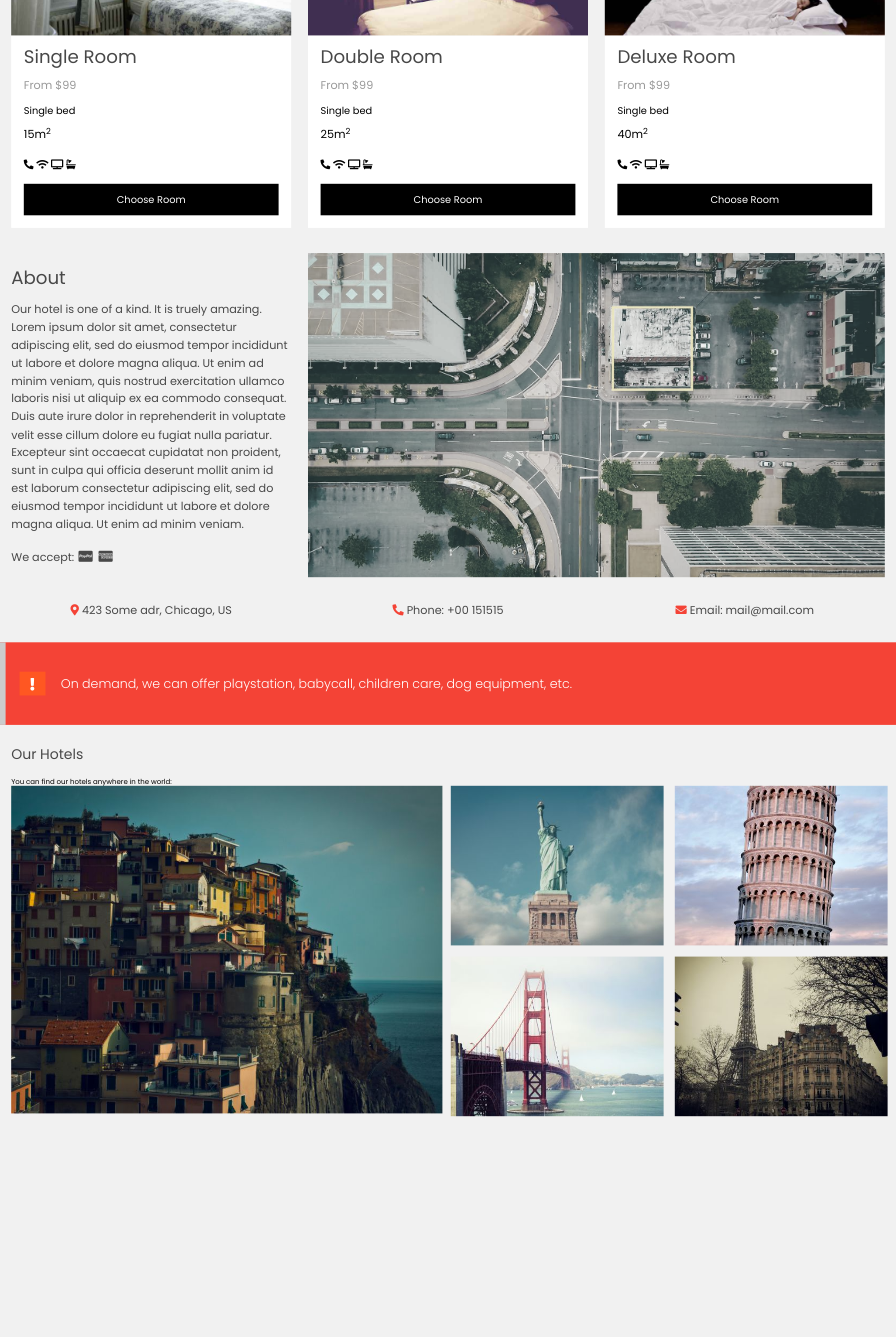
Repository: phamhuuloc/Travel_Template
Page: index.html
An editor plug-in stored every save of this project. The page is shown before and after the next save, followed by the edit.
The browser window is 1280 px wide. The pictures show the part of the page from y = 1192 to 3112 px (the page is 3102 px tall before and 3112 px after), at 70% of full size.
The style sheet was rebuilt from its Sass, Less or Tailwind sources for each picture, by a compiler version that may differ from the author's.

Above is the page before, as saved 2021-09-18 11:55:59.

### index.html
<!DOCTYPE html>
<html lang="en">
  <head>
    <meta charset="UTF-8" />
    <meta http-equiv="X-UA-Compatible" content="IE=edge" />
    <meta name="viewport" content="width=device-width, initial-scale=1.0" />
    <title>Document</title>
    <!-- FONT AWESOME -->
    <link
      rel="stylesheet"
      href="https://cdnjs.cloudflare.com/ajax/libs/font-awesome/5.15.4/css/all.min.css"
      integrity="sha512-1ycn6IcaQQ40/MKBW2W4Rhis/DbILU74C1vSrLJxCq57o941Ym01SwNsOMqvEBFlcgUa6xLiPY/NS5R+E6ztJQ=="
      crossorigin="anonymous"
      referrerpolicy="no-referrer"
    />
    <!-- GOOGLE FONT -->
    <link
      href="https://fonts.googleapis.com/css2?family=Poppins:wght@50;300;400&display=swap"
      rel="stylesheet"
    />
    <!-- CSS -->
    <link rel="stylesheet" href="./assets/resets.css" />
    <link rel="stylesheet" href="./assets/grid.css" />
    <link rel="stylesheet" href="./assets/main.css" />
  </head>
  <body>
    <div class="grids">
      <header class="header">
        <div class="logo">
          <i class="fas fa-bed logo__icon"></i>
          Logo
        </div>
        <div class="header__menu">
          <ul class="header__menu-list">
            <li class="header__menu-item">Rooms</li>
            <li class="header__menu-item">About</li>
            <li class="header__menu-item">Contact</li>
          </ul>
          <button class="btn book-btn">Book Nows</button>
        </div>
      </header>
      <section class="intro">
        <img src="./assets/img/hotel.jpg" alt="" class="intro__img" />
        <form class="form-login">
          <div class="form-login__heading">
            <i class="fas fa-bed logo__icon intro-icon"></i>
            <h2 class="form-login__name">Hotel name</h2>
          </div>
          <div class="form-container">
            <div class="row">
              <div class="form__item col l-6">
                <label class="form__item-category">
                  <i class="far fa-calendar form__item-icon"></i>
                  Check Ins
                </label>
                <input
                  type="text"
                  class="form__item-input"
                  placeholder="DD MM YY"
                />
              </div>
              <div class="form__item col l-6">
                <label class="form__item-category">
                  <i class="far fa-calendar form__item-icon"></i>
                  Check Out
                </label>
                <input
                  type="text"
                  class="form__item-input"
                  placeholder="DD MM YY"
                />
              </div>
            </div>
            <div class="row">
              <div class="form__item col l-6">
                <label class="form__item-category">
                  <i class="fas fa-male form__item-icon"></i>
                  Adults
                </label>
                <input
                  type="number"
                  value="1"
                  min="1"
                  max="6"
                  class="form__item-input"
                />
              </div>
              <div class="form__item col l-6">
                <label class="form__item-category">
                  <i class="fas fa-child form__item-icon"></i>
                  Kids
                </label>
                <input
                  type="number"
                  value="0"
                  min="0"
                  max="6"
                  class="form__item-input"
                />
              </div>
            </div>
            <button class="search-btn">
              <i class="fas fa-search search-icon"></i>Search availability
            </button>
          </div>
        </form>
      </section>

      <section class="option-room">
        <div class="option-container">
          <h3 class="option-container__title">Rooms</h3>
          <span class="option-container__desc"
            >Make yourself at home is our slogan. We offer the best beds in the
            industry. Sleep well and rest well.</span
          >
          <!-- FORM LOGIN  -->
          <div class="form-container option-container__form">
            <div class="row">
              <div class="form__item col l-3">
                <label class="form__item-category">
                  <i class="far fa-calendar form__item-icon"></i>
                  Check Ins
                </label>
                <input
                  type="text"
                  class="form__item-input"
                  placeholder="DD MM YY"
                />
              </div>
              <div class="form__item col l-3">
                <label class="form__item-category">
                  <i class="far fa-calendar form__item-icon"></i>
                  Check Out
                </label>
                <input
                  type="text"
                  class="form__item-input"
                  placeholder="DD MM YY"
                />
              </div>
              <div class="form__item col l-2">
                <label class="form__item-category">
                  <i class="fas fa-male form__item-icon"></i>
                  Adults
                </label>
                <input
                  type="number"
                  value="1"
                  min="1"
                  max="6"
                  class="form__item-input"
                />
              </div>
              <div class="form__item col l-2">
                <label class="form__item-category">
                  <i class="fas fa-child form__item-icon"></i>
                  Kids
                </label>
                <input
                  type="number"
                  value="0"
                  min="0"
                  max="6"
                  class="form__item-input"
                />
              </div>
              <!-- BUTTON F0RM LOGIN -->
              <div class="form__item col l-2">
                <label class="form__item-category">
                  <i class="fas fa-search"></i> Search</label
                >
                <button class="search-btn search-btn--full">Search</button>
              </div>
            </div>
          </div>
          <div class="category-room">
            <ul class="category-room__list row">
              <li class="category-room__item col l-4">
                <img
                  src="./assets/img/room_single.jpg"
                  alt=""
                  class="category-room__img"
                />
                <div class="category-room__details">
                  <h3 class="category-room__title">Single Room</h3>
                  <span class="category-room__price">From $99</span>
                  <span class="category-room__charac">Single bed</span>
                  <span class="category-room__area">15m<sup>2</sup></span>
                  <span class="category-room__function">
                    <i class="fas fa-phone-alt"></i>
                    <i class="fas fa-wifi"></i>
                    <i class="fas fa-tv"></i>
                    <i class="fas fa-bath"></i>
                  </span>
                  <button class="btn btn-choose">Choose Room</button>
                </div>
              </li>
              <li class="category-room__item col l-4">
                <img
                  src="./assets/img/room_double.jpg"
                  alt=""
                  class="category-room__img"
                />
                <div class="category-room__details">
                  <h3 class="category-room__title">Double Room</h3>
                  <span class="category-room__price">From $99</span>
                  <span class="category-room__charac">Single bed</span>
                  <span class="category-room__area">25m<sup>2</sup></span>
                  <span class="category-room__function">
                    <i class="fas fa-phone-alt"></i>
                    <i class="fas fa-wifi"></i>
                    <i class="fas fa-tv"></i>
                    <i class="fas fa-bath"></i>
                  </span>
                  <button class="btn btn-choose">Choose Room</button>
                </div>
              </li>
              <li class="category-room__item col l-4">
                <img
                  src="./assets/img/room_deluxe.jpg"
                  alt=""
                  class="category-room__img"
                />
                <div class="category-room__details">
                  <h3 class="category-room__title">Deluxe Room</h3>
                  <span class="category-room__price">From $99</span>
                  <span class="category-room__charac">Single bed</span>
                  <span class="category-room__area">40m<sup>2</sup></span>
                  <span class="category-room__function">
                    <i class="fas fa-phone-alt"></i>
                    <i class="fas fa-wifi"></i>
                    <i class="fas fa-tv"></i>
                    <i class="fas fa-bath"></i>
                  </span>
                  <button class="btn btn-choose">Choose Room</button>
                </div>
              </li>
            </ul>
          </div>
        </div>
      </section>
      <section class="local">
        <div class="row">
          <div class="local__container col l-4">
            <h4 class="local__title">About</h4>
            <p class="local__detail">
              Our hotel is one of a kind. It is truely amazing. Lorem ipsum
              dolor sit amet, consectetur adipiscing elit, sed do eiusmod tempor
              incididunt ut labore et dolore magna aliqua. Ut enim ad minim
              veniam, quis nostrud exercitation ullamco laboris nisi ut aliquip
              ex ea commodo consequat. Duis aute irure dolor in reprehenderit in
              voluptate velit esse cillum dolore eu fugiat nulla pariatur.
              Excepteur sint occaecat cupidatat non proident, sunt in culpa qui
              officia deserunt mollit anim id est laborum consectetur adipiscing
              elit, sed do eiusmod tempor incididunt ut labore et dolore magna
              aliqua. Ut enim ad minim veniam.
            </p>
            <p class="local__payment-methods">
              We accept:
              <i class="fab fa-cc-paypal local__payment-icon"></i>
              <i class="fab fa-cc-amex local__payment-icon"></i>
            </p>
          </div>
          <img src="./assets/img/map.jpg" alt="" class="col l-8 local__img" />
        </div>
        <div class="local__contact row">
          <div class="local__contact-item col l-4">
            <i class="fas fa-map-marker-alt local__contact-icon"></i>
            423 Some adr, Chicago, US
          </div>
          <div class="local__contact-item col l-4">
            <i class="fas fa-phone-alt local__contact-icon"></i>
            Phone: +00 151515
          </div>
          <div class="local__contact-item col l-4">
            <i class="fas fa-envelope local__contact-icon"></i>
            Email: mail@mail.com
          </div>
        </div>
      </section>
      <div class="demand">
        <i class="fas fa-exclamation demand__icon"></i>
        <p class="demand__desc">
          On demand, we can offer playstation, babycall, children care, dog
          equipment, etc.
        </p>
      </div>
      <section class="our-hotels">
        <h3 class="our-hotels__title">Our Hotels</h3>
        <div class="our-hotel__desc">
          You can find our hotels anywhere in the world:
        </div>
        <div class="row sm-gutter">
          <div class="col l-6">
            <img
              src="./assets/img/cinqueterre.jpg"
              alt=""
              class="our-hotel__img"
            />
          </div>
          <div class="col l-6">
            <div class="our-hotel__extend">
              <div class="row our-hotels__extend-item">
                <img src="./assets/img/newyork2.jpg" alt="" class="col l-6" />
                <img src="./assets/img/pisa.jpg" alt="" class="col l-6" />
              </div>
              <div class="row our-hotels__extend-item">
                <img src="./assets/img/sanfran.jpg" alt="" class="col l-6" />
                <img src="./assets/img/paris.jpg" alt="" class="col l-6" />
              </div>
            </div>
          </div>
        </div>
      </section>
    </div>
  </body>
</html>

### assets/grid.css
.grid {
  width: 100%;
  padding: 0;
}
.grid.wide {
  max-width: 1200px;

  margin: 0 auto;
}
.row {
  display: flex;
  flex-wrap: wrap;
  margin-left: -4px;
  margin-right: -4px;
}
.row.no-gutters {
  margin-left: 0;
  margin-right: 0;
}
.col {
  padding-left: 4px;
  padding-right: 4px;
}
.row.no-gutters .col {
  margin-left: 0;
  margin-right: 0;
}

.c-0 {
  display: none;
}

.c-1 {
  flex: 0 0 8.33333%;
  max-width: 8.33333%;
}

.c-2 {
  flex: 0 0 16.66667%;
  max-width: 16.66667%;
}

.c-3 {
  flex: 0 0 25%;
  max-width: 25%;
}

.c-4 {
  flex: 0 0 33.33333%;
  max-width: 33.33333%;
}

.c-5 {
  flex: 0 0 41.66667%;
  max-width: 41.66667%;
}

.c-6 {
  flex: 0 0 50%;
  max-width: 50%;
}

.c-7 {
  flex: 0 0 58.33333%;
  max-width: 58.33333%;
}

.c-8 {
  flex: 0 0 66.66667%;
  max-width: 66.66667%;
}

.c-9 {
  flex: 0 0 75%;
  max-width: 75%;
}

.c-10 {
  flex: 0 0 83.33333%;
  max-width: 83.33333%;
}

.c-11 {
  flex: 0 0 91.66667%;
  max-width: 91.66667%;
}

.c-12 {
  flex: 0 0 100%;
  max-width: 100%;
}

.c-o-1 {
  margin-left: 8.33333%;
}

.c-o-2 {
  margin-left: 16.66667%;
}

.c-o-3 {
  margin-left: 25%;
}

.c-o-4 {
  margin-left: 33.33333%;
}

.c-o-5 {
  margin-left: 41.66667%;
}

.c-o-6 {
  margin-left: 50%;
}

.c-o-7 {
  margin-left: 58.33333%;
}

.c-o-8 {
  margin-left: 66.66667%;
}

.c-o-9 {
  margin-left: 75%;
}

.c-o-10 {
  margin-left: 83.33333%;
}

.c-o-11 {
  margin-left: 91.66667%;
}
/* TABLET */
@media (min-width: 740px) {
  .row {
    margin-left: -8px;
    margin-right: -8px;
  }
  .col {
    padding-right: 8px;
    padding-left: 8px;
  }
  .m-0 {
    display: none;
  }
  .m-1,
  .m-2,
  .m-3,
  .m-4,
  .m-5,
  .m-6,
  .m-7,
  .m-8,
  .m-9,
  .m-10,
  .m-11,
  .m-12 {
    display: block;
  }

  .m-1 {
    flex: 0 0 8.33333%;
    max-width: 8.33333%;
  }

  .m-2 {
    flex: 0 0 16.66667%;
    max-width: 16.66667%;
  }

  .m-3 {
    flex: 0 0 25%;
    max-width: 25%;
  }

  .m-4 {
    flex: 0 0 33.33333%;
    max-width: 33.33333%;
  }

  .m-5 {
    flex: 0 0 41.66667%;
    max-width: 41.66667%;
  }

  .m-6 {
    flex: 0 0 50%;
    max-width: 50%;
  }

  .m-7 {
    flex: 0 0 58.33333%;
    max-width: 58.33333%;
  }

  .m-8 {
    flex: 0 0 66.66667%;
    max-width: 66.66667%;
  }

  .m-9 {
    flex: 0 0 75%;
    max-width: 75%;
  }

  .m-10 {
    flex: 0 0 83.33333%;
    max-width: 83.33333%;
  }

  .m-11 {
    flex: 0 0 91.66667%;
    max-width: 91.66667%;
  }

  .m-12 {
    flex: 0 0 100%;
    max-width: 100%;
  }

  .m-o-1 {
    margin-left: 8.33333%;
  }

  .m-o-2 {
    margin-left: 16.66667%;
  }

  .m-o-3 {
    margin-left: 25%;
  }

  .m-o-4 {
    margin-left: 33.33333%;
  }

  .m-o-5 {
    margin-left: 41.66667%;
  }

  .m-o-6 {
    margin-left: 50%;
  }

  .m-o-7 {
    margin-left: 58.33333%;
  }

  .m-o-8 {
    margin-left: 66.66667%;
  }

  .m-o-9 {
    margin-left: 75%;
  }

  .m-o-10 {
    margin-left: 83.33333%;
  }

  .m-o-11 {
    margin-left: 91.66667%;
  }
}
/* PC MEDIUM RESOLUTION */
@media (min-width: 1113px) {
  .row {
    margin-left: -12px;
    margin-right: -12px;
  }
  .row.sm-gutter {
    margin-left: -8px;
    margin-right: -8px;
  }
  .col {
    padding-left: 12px;
    padding-right: 12px;
  }
  .row.sm-gutter .col {
    padding-left: 8px;
    padding-right: 8px;
  }
  .l-0 {
    display: none;
  }

  .l-1,
  .l-2,
  .l-2-4,
  .l-3,
  .l-4,
  .l-5,
  .l-6,
  .l-7,
  .l-8,
  .l-9,
  .l-10,
  .l-11,
  .l-12 {
    display: block;
  }

  .l-1 {
    flex: 0 0 8.33333%;
    max-width: 8.33333%;
  }

  .l-2 {
    flex: 0 0 16.66667%;
    max-width: 16.66667%;
  }

  .l-2-4 {
    flex: 0 0 20%;
    max-width: 20%;
  }

  .l-3 {
    flex: 0 0 25%;
    max-width: 25%;
  }

  .l-4 {
    flex: 0 0 33.33333%;
    max-width: 33.33333%;
  }

  .l-5 {
    flex: 0 0 41.66667%;
    max-width: 41.66667%;
  }

  .l-6 {
    flex: 0 0 50%;
    max-width: 50%;
  }

  .l-7 {
    flex: 0 0 58.33333%;
    max-width: 58.33333%;
  }

  .l-8 {
    flex: 0 0 66.66667%;
    max-width: 66.66667%;
  }

  .l-9 {
    flex: 0 0 75%;
    max-width: 75%;
  }

  .l-10 {
    flex: 0 0 83.33333%;
    max-width: 83.33333%;
  }

  .l-11 {
    flex: 0 0 91.66667%;
    max-width: 91.66667%;
  }

  .l-12 {
    flex: 0 0 100%;
    max-width: 100%;
  }

  .l-o-1 {
    margin-left: 8.33333%;
  }

  .l-o-2 {
    margin-left: 16.66667%;
  }

  .l-o-3 {
    margin-left: 25%;
  }

  .l-o-4 {
    margin-left: 33.33333%;
  }

  .l-o-5 {
    margin-left: 41.66667%;
  }

  .l-o-6 {
    margin-left: 50%;
  }

  .l-o-7 {
    margin-left: 58.33333%;
  }

  .l-o-8 {
    margin-left: 66.66667%;
  }

  .l-o-9 {
    margin-left: 75%;
  }

  .l-o-10 {
    margin-left: 83.33333%;
  }

  .l-o-11 {
    margin-left: 91.66667%;
  }
}
/* TABLET AND PC */
@media (min-width: 740px) and (max-width: 1023px) {
  .wide {
    width: 644px;
  }
}
/* > PC  LOW RESOLUTION */
@media (min-width: 1024px) and (max-width: 1239px) {
  .wide {
    width: 984px;
  }
}
.form__item {
  display: flex;
  flex-direction: column;
}

### assets/main.scss
$primary-color: #f44336;
$secondary-color: #0000;
$text-color: #484848;
$hover-color: #ccc;

@mixin flex($align: center, $justify: space-between) {
  display: flex;
  align-items: $align;
  justify-content: $justify;
}
* {
  box-sizing: border-box;
}
html {
  font-size: 62.5%;
}
body {
  background-color: #f1f1f1;
  font-family: "Poppins", sans-serif;
  margin-bottom: 30rem;
}
ul {
  list-style: none;
}
img {
  display: block;
  width: 100%;
}
a {
  text-decoration: none;
}
sup {
  font-size: 75%;
  position: relative;
  line-height: 0;
  top: -0.5em;
  vertical-align: baseline;
}
.btn {
  font-family: "Poppins", sans-serif;
  @include flex(center, center);
  height: inherit;
  outline: none;
  cursor: pointer;
  border: 0;
}
.btn:hover {
  background-color: $hover-color;
  color: #000;
}

//HEADER
.header {
  display: flex;
  align-items: center;
  height: 4.4rem;
  background-color: white;
  font-size: 2rem;

  .logo {
    background-color: $primary-color;
    height: 100%;
    cursor: pointer;
    color: white;
    @include flex();
    padding: 1.4rem 1.8rem;

    &__icon {
      margin-right: 2rem;
    }
  }
  .logo:hover {
    background-color: $hover-color;
    color: $text-color;
  }
  &__menu {
    display: flex;
    @include flex();
    height: 100%;
    width: 100%;
    &-list {
      @include flex();
      height: 100%;
    }
    &-item {
      @include flex();
      padding: 0 2rem;
      height: 100%;
      cursor: pointer;
      color: $text-color;
      &:hover {
        background-color: #ccc;
      }
    }
  }
  .book-btn {
    background-color: #f1f1f1;
    padding: 1.4rem 1.6rem;
    color: $text-color;
    font-size: 2rem;
  }
  .book-btn:hover {
    background-color: #ccc;
    cursor: pointer;
  }
}
// SECTION INTRO
.intro {
  position: relative;
  margin-bottom: 3.8rem;
  &-icon {
    padding: 0 1.8rem;
  }
  .form-login {
    width: 64.4rem;
    position: absolute;
    top: 50%;
    left: 2rem;
    background-color: #fff;
    transform: translateY(-50%);

    &__heading {
      display: flex;
      align-items: center;

      width: 100%;
      height: 6.4rem;
      background-color: $primary-color;
      color: white;
      font-size: 3rem;
    }
  }
}
.form-container {
  padding: 1.6rem;
  .search-btn {
    font-family: "Poppins", sans-serif;
    padding: 1rem 1.6rem;
    margin-top: 8px;
    border: 0;

    outline: none;
    cursor: pointer;

    background-color: #616161;
    font-size: 1.5rem;
    color: white;
  }
  .search-btn--full {
    width: 100%;
    margin: 0;
    background-color: #000;
    color: white;
    padding: 6px 0;
  }
  .search-btn:hover {
    background-color: #ccc;
    color: $text-color;
  }
  .search-icon {
    padding-right: 2rem;
  }
}
.form__item {
  display: flex;
  flex-direction: column;
  margin-bottom: 1.6rem;
  &-category {
    font-size: 1.6rem;
    margin-bottom: 4px;
    color: $text-color;
  }
  &-input {
    padding: 1rem;
    border: 1px solid #dedede;
  }
}
.option-container {
  padding: 1.6rem;
  margin-bottom: 2rem;
  &__title {
    font-size: 2.2rem;
    margin-bottom: 3rem;
    color: $text-color;
  }
  &__desc {
    display: block;
    font-size: 1.6rem;
    margin-bottom: 2rem;
    color: $text-color;
  }
  &__form {
    padding: 1.6rem 0;
  }
}
.category-room {
  &__details {
    padding: 1.8rem;
    display: flex;
    flex-direction: column;
    background-color: white;
  }
  &__title {
    font-size: 2.6rem;
    margin-bottom: 2rem;
    color: #484848;
  }
  &__price {
    font-size: 1.6rem;
    color: #999;
    margin-bottom: 2rem;
  }
  &__charac {
    font-size: 1.4rem;
    margin-bottom: 2rem;
  }
  &__area {
    font-size: 1.6rem;
    margin-bottom: 2.8rem;
  }
  &__function {
    font-size: 1.4rem;
    margin-bottom: 2rem;
  }
  .btn-choose {
    padding: 1.2rem 0;
    background-color: #000;
    color: white;
    font-size: 1.4rem;
  }
  .btn-choose:hover {
    background-color: $hover-color;
    color: $text-color;
  }
}
.local {
  padding: 0 1.6rem;
  &__title {
    font-size: 2.6rem;
    margin-top: 2.2rem;
    margin-bottom: 2rem;
    color: $text-color;
  }
  &__detail {
    font-size: 1.6rem;
    line-height: 1.6;
    margin-bottom: 2.4rem;
    color: $text-color;
  }
  &__payment-methods {
    font-size: 1.6rem;
    color: $text-color;
  }
  &__payment-icon {
    font-size: 1.8rem;
    margin: 0 2px;
  }
  &__img {
    filter: grayscale(75%);
  }
  &__contact {
    padding: 3.8rem 0;
    &-icon {
      color: $primary-color;
      font-size: 1.6rem;
    }
    &-item {
      text-align: center;
      font-size: 1.6rem;
      color: $text-color;
    }
  }
}
.demand {
  padding: 4.2rem 0 4.2rem 2rem;
  background-color: $primary-color;
  border-left: 8px solid #ccc;
  @include flex(center, none);
  margin-bottom: 3.2rem;
  &__icon {
    color: white;
    font-size: 1.8rem;
    padding: 8px 15px;
    background-color: #ff5722;
    margin-right: 2.2rem;
  }
  &__desc {
    font-size: 1.8rem;
    color: white;
    font-weight: 350;
  }
}
.our-hotels {
  padding: 0 1.6rem;
  &__title {
    font-size: 2rem;
    color: $text-color;
    margin-bottom: 2.5rem;
  }
  &__extend {
    &-item {
      margin-bottom: 16px;
    }
  }
}

Loaded but not shown: assets/resets.css (common file)

After the next save:
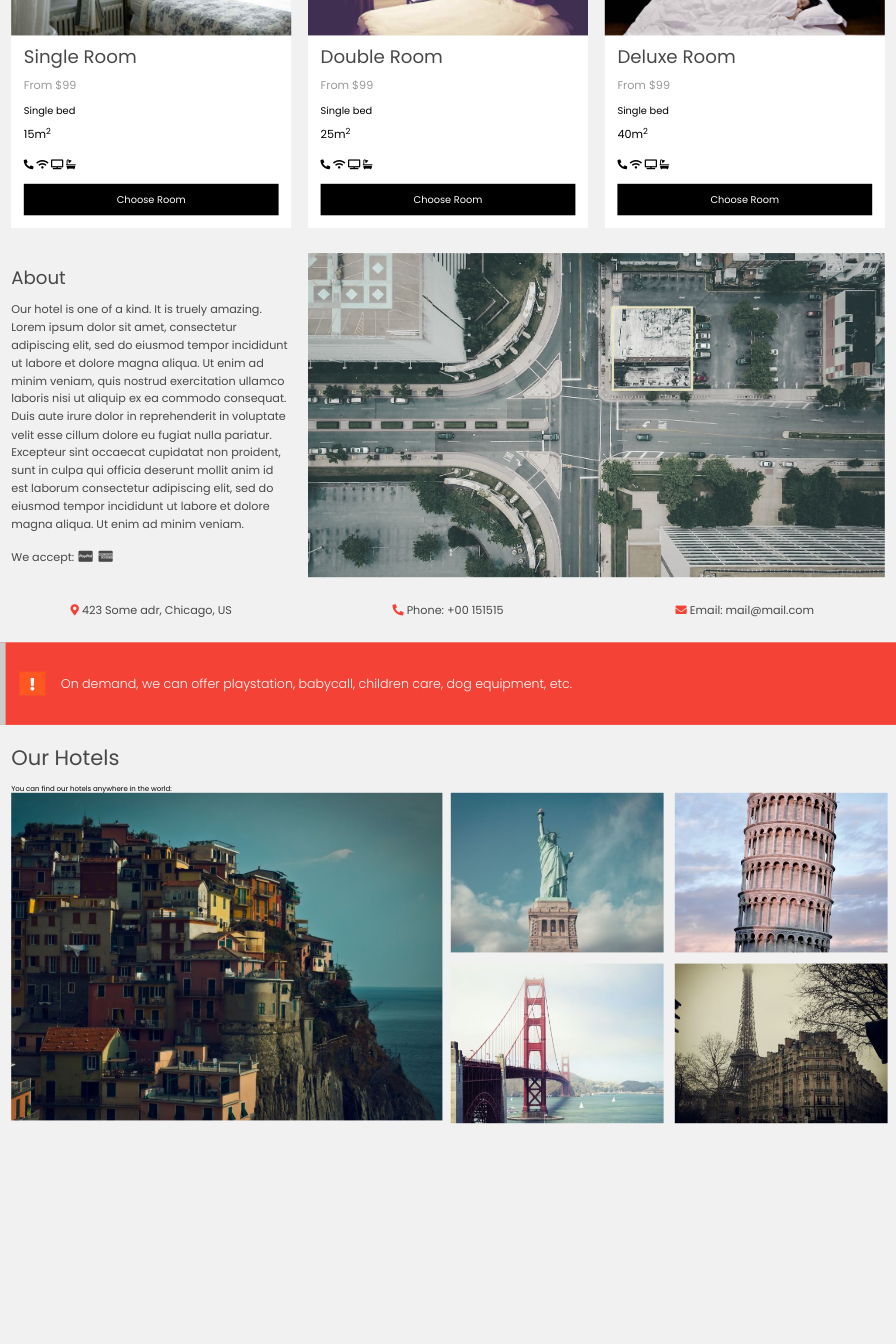
Saved 6 s later.
--- a/assets/main.scss
+++ b/assets/main.scss
@@ -293,7 +293,7 @@ sup {
 .our-hotels {
   padding: 0 1.6rem;
   &__title {
-    font-size: 2rem;
+    font-size: 3rem;
     color: $text-color;
     margin-bottom: 2.5rem;
   }
